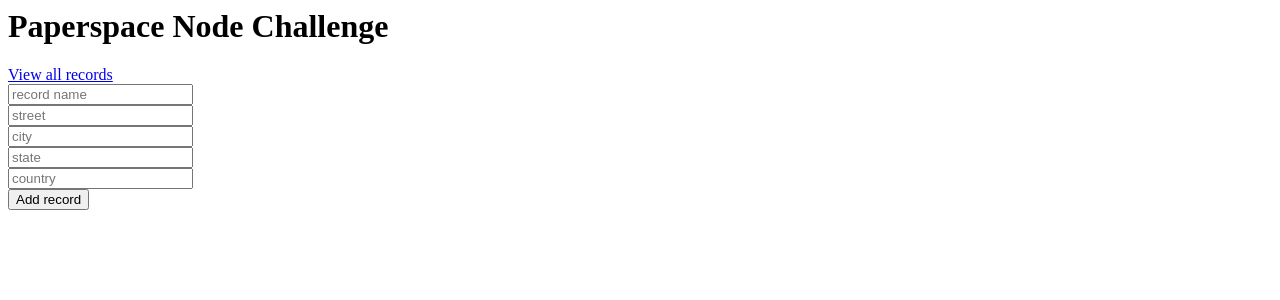
Repository: demesvardestin/paperspace-node
Page: public/index.html
The author's editor kept a record of every edit. The page is drawn from the files as they stood at one moment, then again after the next edit.
The browser window is 1280 px wide. The pictures show the whole page.

Above is the page before.

### public/index.html
<h1>Paperspace Node Challenge</h1>

<a type="button" href="/addresses">
    View all records
</a>

<form action="/addresses" method="post">
    <div class="field">
        <input type="text" class="form-control" name="name" placeholder="record name">
    </div>

    <div class="field">
        <input type="text" class="form-control" name="street" placeholder="street">
    </div>

    <div class="field">
        <input type="text" class="form-control" name="city" placeholder="city">
    </div>

    <div class="field">
        <input type="text" class="form-control" name="state" placeholder="state">
    </div>

    <div class="field">
        <input type="text" class="form-control" name="country" placeholder="country">
    </div>

    <div class="actions">
        <input type="button" value="Add record">
    </div>
</form>

After the next edit:
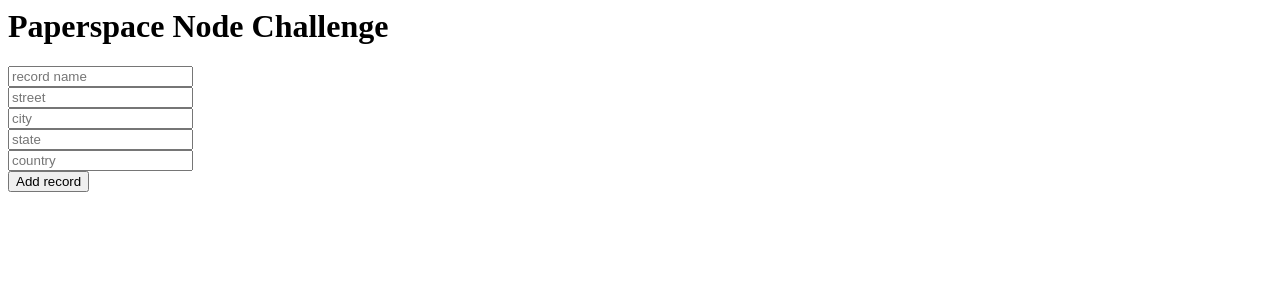
The edit:
--- a/public/index.html
+++ b/public/index.html
@@ -1,9 +1,6 @@
 <h1>Paperspace Node Challenge</h1>
 
-<a type="button" href="/addresses">
-    View all records
-</a>
-
+<section id="new-record-form">
 <form action="/addresses" method="post">
     <div class="field">
         <input type="text" class="form-control" name="name" placeholder="record name">
